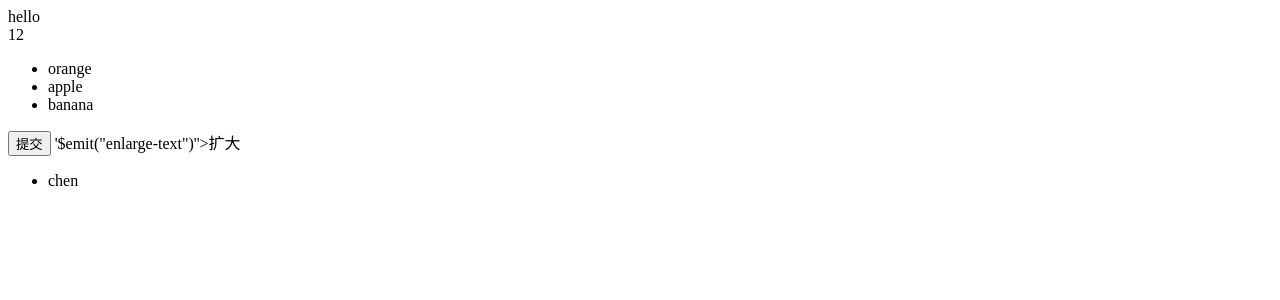
Repository: chenguocan/Vue_component
Page: props属性值类型.html
The author's editor kept a copy of each file at every save. The page is drawn from the files as they stood at one save, then again after the next save.
The browser window is 1280 px wide. The pictures show the whole page.

Above is the page before, as saved 2020-07-23 15:37:17.

### props属性值类型.html
<!DOCTYPE html>
<html lang="en">
  <head>
    <meta charset="UTF-8" />
    <meta name="viewport" content="width=device-width, initial-scale=1.0" />
    <title>Document</title>
  </head>
  <body>
    <div id="app">
      <item-com
        :title="str"
        :num="12"
        :arr="arr"
        :people="peo"
        v-on:enlarge-text="handle"
      ></item-com>
    </div>
  </body>
  <script src="./js/vue.js"></script>
  <script>
    Vue.component("item-com", {
      props: ["title", "num", "arr", "people"],
      template: `
      <div>{{title}}
      <div>{{num}}</div>
      <ul>
         <li v-for="(item,index) in arr">{{item}}</li>
      </ul>
      <button @click="arr.push('lemon')">提交</button>
      <button v-on:click:'$emit("enlarge-text")''>扩大</button>
      <ul>
      <li>
         {{people.name}}
      </li>
      </ul>
      </div>

        `,
    });

    let app = new Vue({
      el: "#app",
      data: {
        str: "hello",
        num: "12",
        arr: ["orange", "apple", "banana"],
        peo: {
          name: "chen",
          age: "18",
          profession: "doctor",
        },
      },
    });
  </script>
</html>

Loaded but not shown: js/vue.js (library)

After the next save:
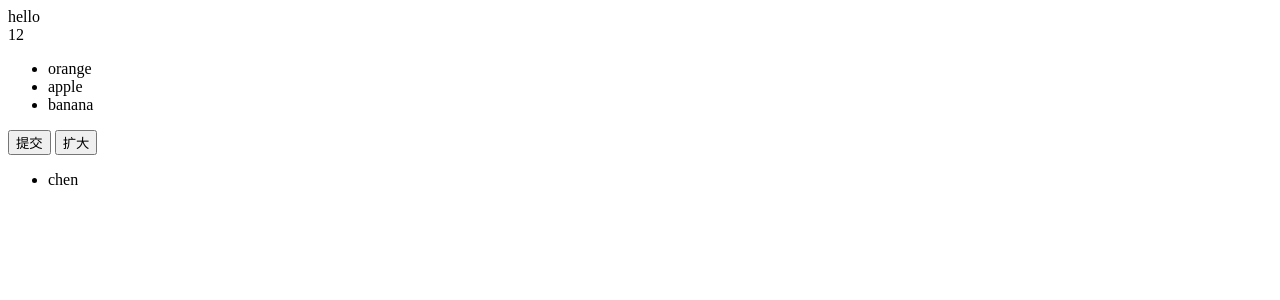
Saved 16 s later.
--- a/props属性值类型.html
+++ b/props属性值类型.html
@@ -27,7 +27,7 @@
          <li v-for="(item,index) in arr">{{item}}</li>
       </ul>
       <button @click="arr.push('lemon')">提交</button>
-      <button v-on:click:'$emit("enlarge-text")''>扩大</button>
+      <button v-on:click='$emit("enlarge-text")''>扩大</button>
       <ul>
       <li>
          {{people.name}}
